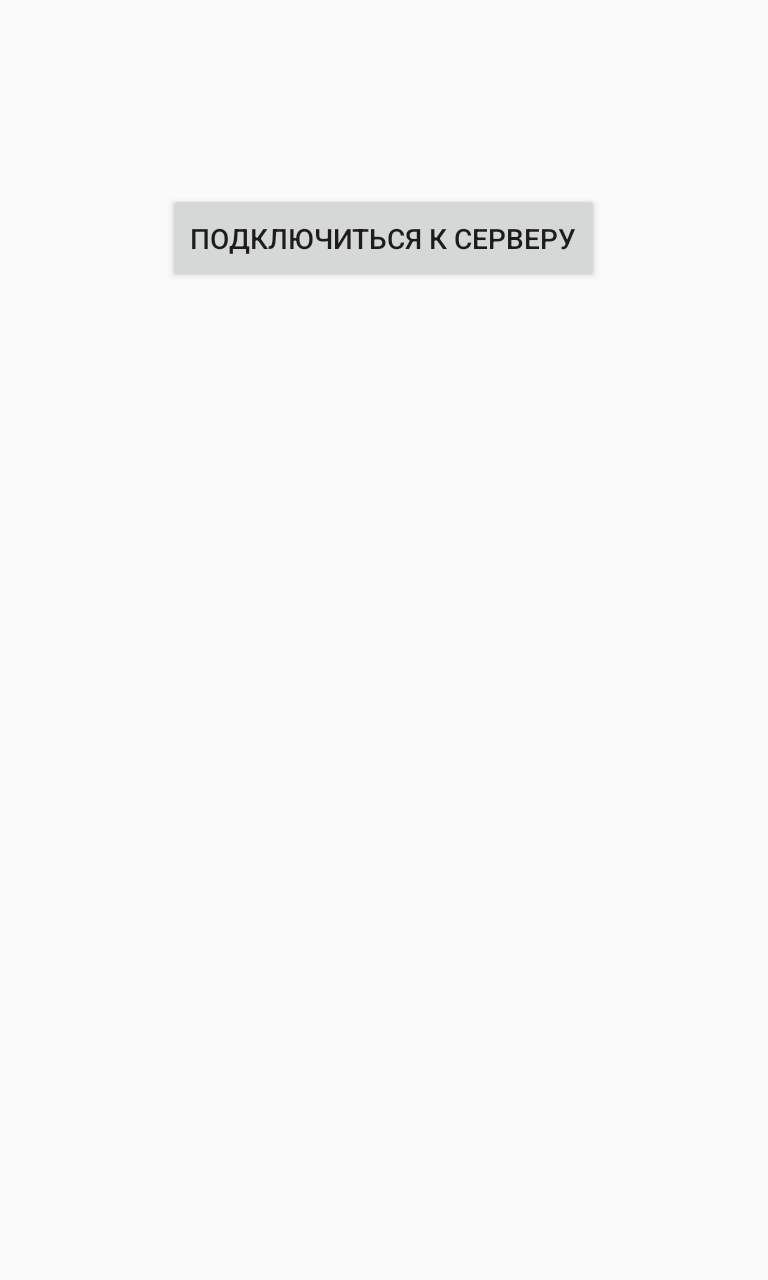
Repository: Laboratory711/Nightjar
Layout: android/Nightjar/workspace/Nightjar/res/layout/fragment_lab1.xml
The author's editor kept a copy of each file at every save. The layout is drawn from the files as they stood at one save, then again after the next save.
It is drawn on a 768 x 1280 px phone screen (xhdpi) without system bars, with theme AppTheme; the app's code is not run.

Above is the layout before, as saved 2014-03-28 05:05:24.

### android/Nightjar/workspace/Nightjar/res/layout/fragment_lab1.xml
<RelativeLayout xmlns:android="http://schemas.android.com/apk/res/android"
    xmlns:tools="http://schemas.android.com/tools"
    android:layout_width="match_parent"
    android:layout_height="match_parent"
    android:paddingBottom="@dimen/activity_vertical_margin"
    android:paddingLeft="@dimen/activity_horizontal_margin"
    android:paddingRight="@dimen/activity_horizontal_margin"
    android:paddingTop="@dimen/activity_vertical_margin"
    tools:context="ru.vint.labsoo.Lab1$PlaceholderFragment" >

     <Button
        android:id="@+id/button1"
        android:layout_width="wrap_content"
        android:layout_height="wrap_content"
        android:layout_below="@+id/textView2"
        android:layout_centerHorizontal="true"
        android:onClick="onClickButtom1"
        android:text="@string/text_buttom_Name" />

    <Button
        android:id="@+id/button2"
        android:layout_width="wrap_content"
        android:layout_height="wrap_content"
        android:layout_below="@+id/button1"
        android:layout_centerHorizontal="true"
        android:layout_marginTop="32dp"
        android:onClick="onClickBL"
        android:text="@string/text_buttom2_Name"
        android:visibility="invisible" />

    <Button
        android:id="@+id/button3"
        android:layout_width="wrap_content"
        android:layout_height="wrap_content"
        android:layout_alignLeft="@+id/button2"
        android:layout_alignRight="@+id/button2"
        android:layout_below="@+id/button2"
        android:text="@string/text_buttom3_Name"
        android:visibility="invisible" />

    <Button
        android:id="@+id/button4"
        android:layout_width="wrap_content"
        android:layout_height="wrap_content"
        android:layout_alignLeft="@+id/button3"
        android:layout_alignRight="@+id/button3"
        android:layout_below="@+id/button3"
        android:text="@string/text_buttom4_Name"
        android:visibility="invisible" />

    <TextView
        android:id="@+id/textView2"
        android:layout_width="wrap_content"
        android:layout_height="wrap_content"
        android:layout_alignParentTop="true"
        android:layout_centerHorizontal="true"
        android:layout_marginTop="60dp"
        android:text="@string/TV_text" />

</RelativeLayout>

### android/Nightjar/workspace/Nightjar/res/values/strings.xml
<?xml version="1.0" encoding="utf-8"?>
<resources xmlns:android="http://schemas.android.com/apk/res/android">

    <string android:id="@+id/string5" name="text_about" android:layout_width="wrap_content" android:layout_height="wrap_content">        Приложение написано группой студентов.
</string>
    <string name="app_name">LabSOO</string>
    <string name="hello_world">Hello world!</string>
    <string name="action_settings">Настройки</string>
    <string name="action_about">О программе</string>
    <string android:id="@+id/string1" name="text_IP" android:layout_width="wrap_content" android:layout_height="wrap_content">IP Адрес сервера</string>
    <string android:id="@+id/string2" name="text_Port" android:layout_width="wrap_content" android:layout_height="wrap_content">Адрес порта</string>
    <string android:id="@+id/string3" name="text_buttom_Name" android:layout_width="wrap_content" android:layout_height="wrap_content">Подключиться к серверу</string>
    <string android:id="@+id/string4" name="TV_text" android:layout_width="wrap_content" android:layout_height="wrap_content"></string>
    <string android:id="@+id/string6" name="text_buttom2_Name" android:layout_width="wrap_content" android:layout_height="wrap_content">Выполнить скрипт</string>
    <string android:id="@+id/string7" name="text_buttom3_Name" android:layout_width="wrap_content" android:layout_height="wrap_content">Загрузить скрипт</string>
    <string android:id="@+id/string8" name="text_buttom4_Name" android:layout_width="wrap_content" android:layout_height="wrap_content">Написать скрипт</string>
    <string android:id="@+id/string9" name="text_List" android:layout_width="wrap_content" android:layout_height="wrap_content">Выбирите скрипт</string>
    <string name="pref_IP">IP_adres</string>
    <string name="pref_App">App</string>
    <string name="pref_Port">Prot</string>
    <string name="title_activity_list">List</string>
    <string name="about_title">О программе</string>
    <string name="title_activity_notepad">Notepad</string>

</resources>

Loaded but not shown: android/Nightjar/workspace/Nightjar/res/values/styles.xml (common file); android/Nightjar/workspace/Nightjar/res/values-v11/styles.xml (common file); android/Nightjar/workspace/Nightjar/res/values-v14/styles.xml (common file); android/Nightjar/workspace/Nightjar/res/values/dimens.xml (common file); android/Nightjar/workspace/Nightjar/res/values-w820dp/dimens.xml (common file)

After the next save:
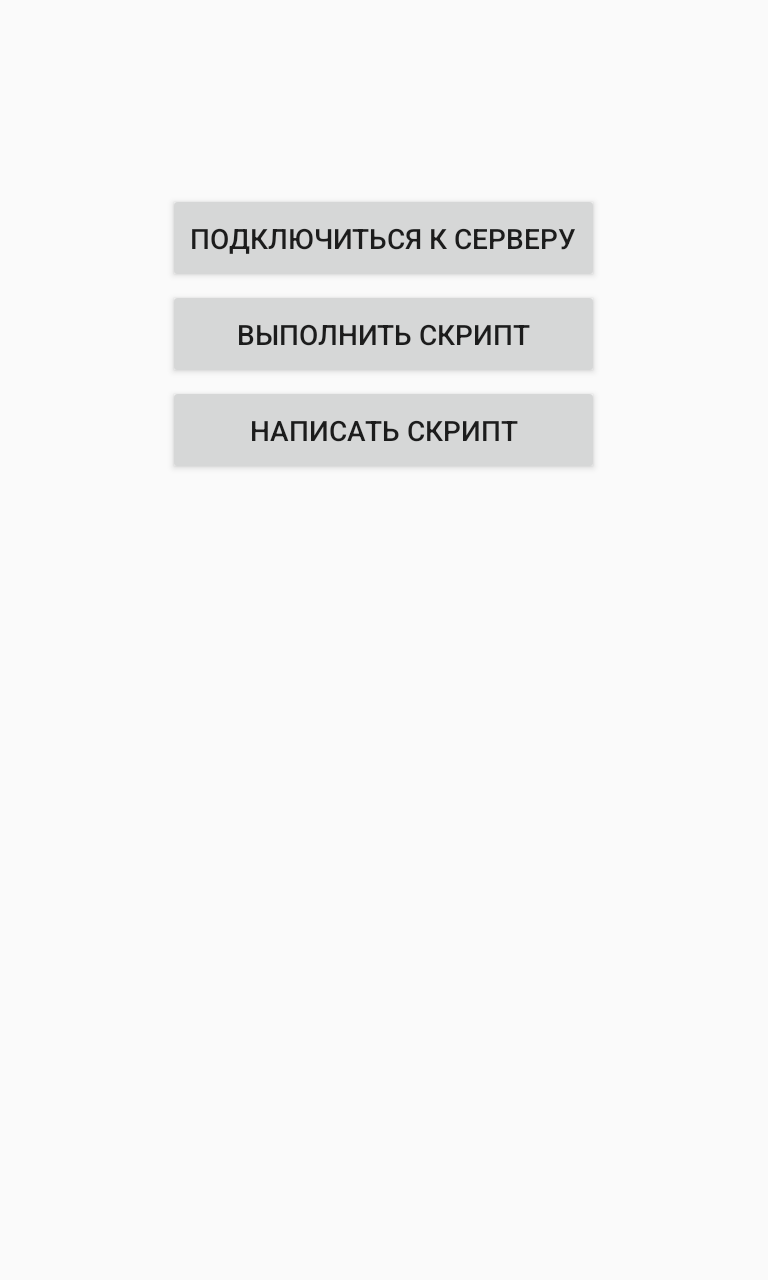
Saved 2 min 32 s later.
--- a/android/Nightjar/workspace/Nightjar/res/layout/fragment_lab1.xml
+++ b/android/Nightjar/workspace/Nightjar/res/layout/fragment_lab1.xml
@@ -17,37 +17,6 @@
         android:onClick="onClickButtom1"
         android:text="@string/text_buttom_Name" />
 
-    <Button
-        android:id="@+id/button2"
-        android:layout_width="wrap_content"
-        android:layout_height="wrap_content"
-        android:layout_below="@+id/button1"
-        android:layout_centerHorizontal="true"
-        android:layout_marginTop="32dp"
-        android:onClick="onClickBL"
-        android:text="@string/text_buttom2_Name"
-        android:visibility="invisible" />
-
-    <Button
-        android:id="@+id/button3"
-        android:layout_width="wrap_content"
-        android:layout_height="wrap_content"
-        android:layout_alignLeft="@+id/button2"
-        android:layout_alignRight="@+id/button2"
-        android:layout_below="@+id/button2"
-        android:text="@string/text_buttom3_Name"
-        android:visibility="invisible" />
-
-    <Button
-        android:id="@+id/button4"
-        android:layout_width="wrap_content"
-        android:layout_height="wrap_content"
-        android:layout_alignLeft="@+id/button3"
-        android:layout_alignRight="@+id/button3"
-        android:layout_below="@+id/button3"
-        android:text="@string/text_buttom4_Name"
-        android:visibility="invisible" />
-
     <TextView
         android:id="@+id/textView2"
         android:layout_width="wrap_content"
@@ -57,4 +26,25 @@
         android:layout_marginTop="60dp"
         android:text="@string/TV_text" />
 
+    <Button
+        android:id="@+id/button4"
+        android:layout_width="wrap_content"
+        android:layout_height="wrap_content"
+        android:layout_alignLeft="@+id/button2"
+        android:layout_alignRight="@+id/button2"
+        android:layout_below="@+id/button2"
+        android:text="@string/text_buttom4_Name"
+        android:visibility="visible" />
+
+    <Button
+        android:id="@+id/button2"
+        android:layout_width="wrap_content"
+        android:layout_height="wrap_content"
+        android:layout_alignLeft="@+id/button1"
+        android:layout_alignRight="@+id/button1"
+        android:layout_below="@+id/button1"
+        android:onClick="onClickBL"
+        android:text="@string/text_buttom2_Name"
+        android:visibility="visible" />
+
 </RelativeLayout>
